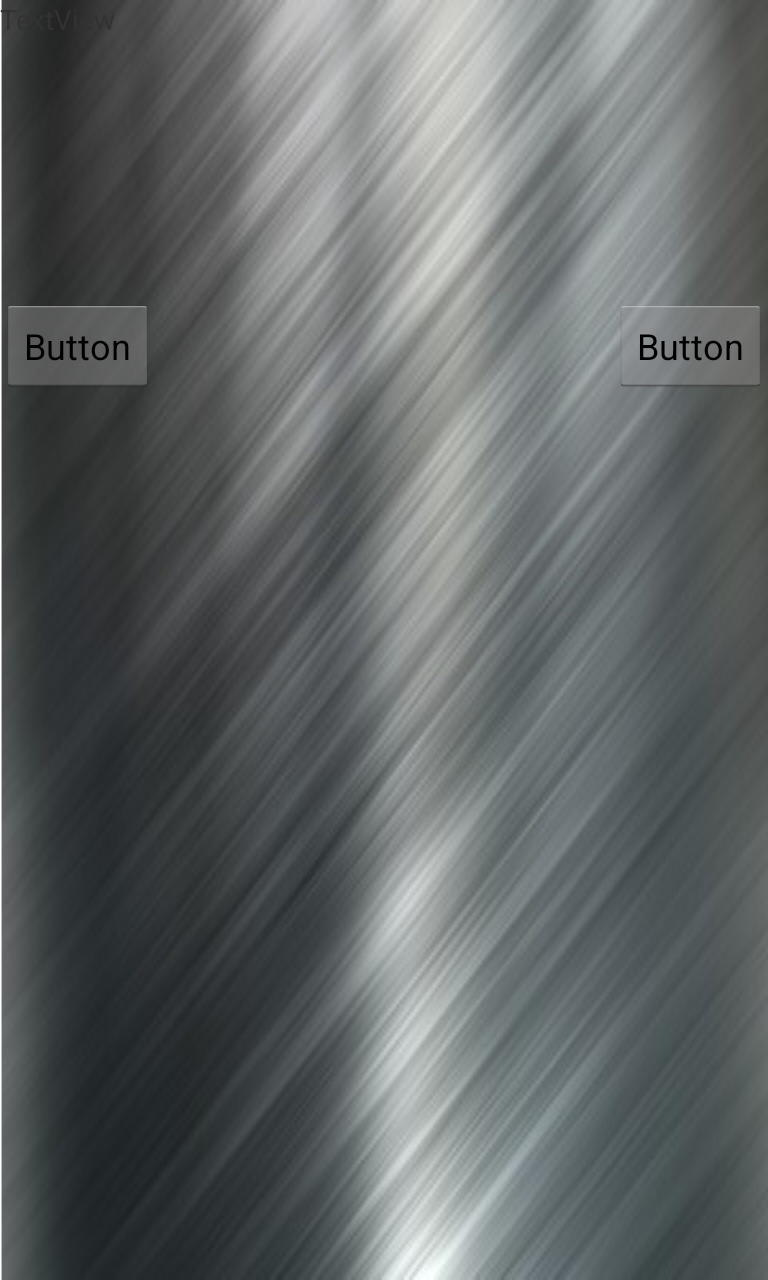
Repository: KrzysztofWolinski/WiesFight_Project
Layout: WiesFight/res/layout/dialog_exit.xml
An editor plug-in stored every save of this project. The layout is shown before and after the next save, followed by the edit.
It is drawn on a 768 x 1280 px phone screen (xhdpi) without system bars, with theme AppTheme; the app's code is not run.

Above is the layout before, as saved 2014-11-09 21:05:08.

### WiesFight/res/layout/dialog_exit.xml
<?xml version="1.0" encoding="utf-8"?>
<RelativeLayout xmlns:android="http://schemas.android.com/apk/res/android"
    android:layout_width="wrap_content"
    android:layout_height="wrap_content"
    android:orientation="vertical"
    android:background="@drawable/bg" >

    <TextView
        android:id="@+id/textView1"
        android:layout_width="wrap_content"
        android:layout_height="wrap_content"
        android:text="TextView" />

        <Button
            android:id="@+id/button2"
            android:layout_width="wrap_content"
            android:layout_height="wrap_content"
            android:layout_alignParentLeft="true"
            android:layout_below="@+id/textView1"
            android:layout_marginTop="130dp"
            android:text="Button" />

        <Button
            android:id="@+id/button1"
            android:layout_width="wrap_content"
            android:layout_height="wrap_content"
            android:layout_alignBaseline="@+id/button2"
            android:layout_alignBottom="@+id/button2"
            android:layout_alignParentRight="true"
            android:text="Button" />

</RelativeLayout>

Loaded but not shown: WiesFight/res/values/styles.xml (common file); WiesFight/res/values-v11/styles.xml (common file); WiesFight/res/values-v14/styles.xml (common file)

After the next save:
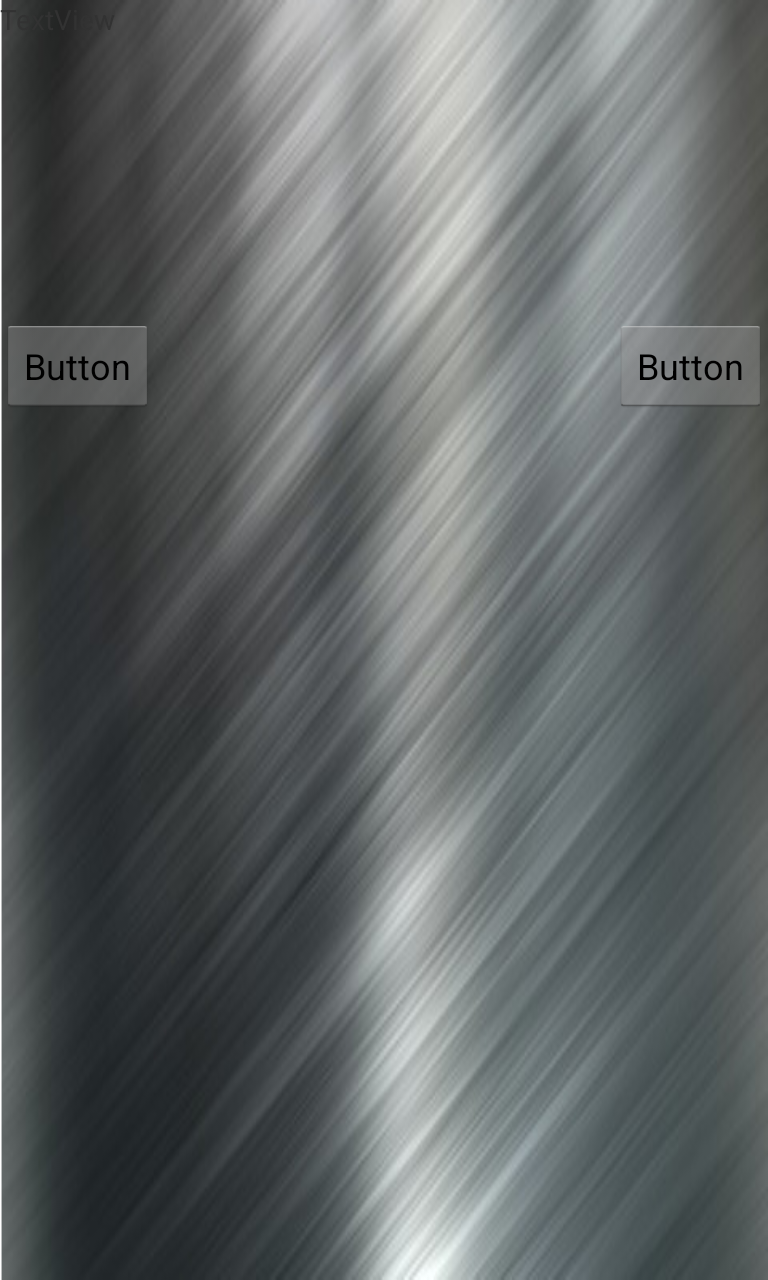
Saved 5 s later.
--- a/WiesFight/res/layout/dialog_exit.xml
+++ b/WiesFight/res/layout/dialog_exit.xml
@@ -17,7 +17,7 @@
             android:layout_height="wrap_content"
             android:layout_alignParentLeft="true"
             android:layout_below="@+id/textView1"
-            android:layout_marginTop="130dp"
+            android:layout_marginTop="140dp"
             android:text="Button" />
 
         <Button
